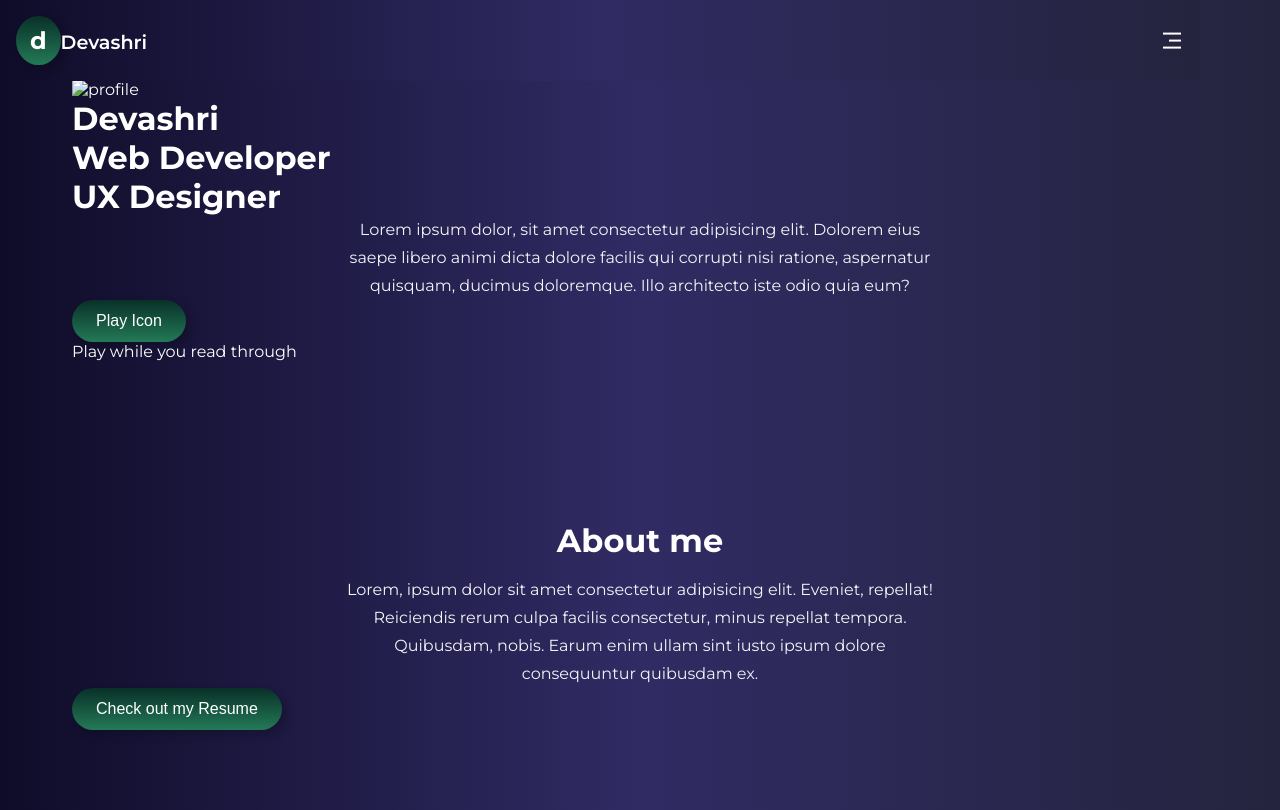
Repository: devashrisamani/devashrisamani.github.io
Page: index.html
The author's editor kept a copy of each file at every save. The page is drawn from the files as they stood at one save, then again after the next save.
The browser window is 1280 px wide. The pictures show the whole page.

Above is the page before, as saved 2025-09-24 16:41:13.

### index.html
<!DOCTYPE html>
<html lang="en">
  <head>
    <meta charset="UTF-8" />
    <meta http-equiv="X-UA-Compatible" content="IE=edge" />
    <meta name="viewport" content="width=device-width, initial-scale=1.0" />
    <title>Dev's portfolio</title>
    <link rel="preconnect" href="https://fonts.googleapis.com" />
    <link rel="preconnect" href="https://fonts.gstatic.com" crossorigin />
    <link
      href="https://fonts.googleapis.com/css2?family=Inter:ital,opsz,wght@0,14..32,100..900;1,14..32,100..900&family=Lora:ital,wght@0,400..700;1,400..700&family=Montserrat:ital,wght@0,100..900;1,100..900&family=Sacramento&display=swap"
      rel="stylesheet"
    />
    <link
      href="https://cdn.jsdelivr.net/npm/remixicon@3.5.0/fonts/remixicon.css"
      rel="stylesheet"
    />
    <link rel="stylesheet" href="/css/styles.css" />
  </head>
  <body>
    <nav>
      <div class="nav__bar">
        <a href="#"><span class="logo nav_logo">d</span>Devashri</a>
        <div class="nav__menu__btn" id="menu-btn">
          <!-- Icons from remix icon -->
          <i class="ri-menu-3-line"></i>
        </div>
      </div>
      <ul class="nav__links" id="nav-links">
        <li><a href="#home">Home</a></li>
        <li><a href="#about">About</a></li>
        <li><a href="#service">Service</a></li>
        <li><a href="#portfolio">Portfolio</a></li>
        <li><a href="#contact" class="btn">Contact</a></li>
        <a href="#contact" class="btn btn__large">Contact</a>
      </ul>
    </nav>
    <header class="section__container header__container" id="home">
      <div class="header__image">
        <img src="#" alt="profile" />
      </div>
      <div class="header__content">
        <div>
          <h1>
            Devashri <br />
            Web Developer <br />
            UX Designer
          </h1>
        </div>
        <p class="section__description">
          Lorem ipsum dolor, sit amet consectetur adipisicing elit. Dolorem eius
          saepe libero animi dicta dolore facilis qui corrupti nisi ratione,
          aspernatur quisquam, ducimus doloremque. Illo architecto iste odio
          quia eum?
        </p>
        <div class="header__btn">
          <button class="btn">Play Icon</button>
        </div>
        <p>Play while you read through</p>
      </div>
    </header>

    <section class="section__container about__container" id="about">
      <div class="about__image"></div>
      <div class="about__content">
        <h2 class="section__header">About me</h2>
        <p class="section__description">
          Lorem, ipsum dolor sit amet consectetur adipisicing elit. Eveniet,
          repellat! Reiciendis rerum culpa facilis consectetur, minus repellat
          tempora. Quibusdam, nobis. Earum enim ullam sint iusto ipsum dolore
          consequuntur quibusdam ex.
        </p>
        <div class="about__btn">
          <button class="btn">Check out my Resume</button>
        </div>
      </div>
    </section>
  </body>
</html>

### css/styles.css
/* Font Variables */
:root {
  --font-sacramento: "Sacramento", cursive;
  --font-lora: "Lora", serif;
  --font-inter: "Inter", serif;
  --font-montserrat: "Montserrat", sans-serif;
}

/* Color Variables */

:root {
  --primary-color: #093028;
  --secondary-color: #237a57;
  --extra-light: #f3f4f6;
  --white: #ffffff;
  --gradient-1: linear-gradient(to right, #0f0c29, #302b63, #24243e);
  --gradient-2: linear-gradient(
    to bottom,
    var(--primary-color),
    var(--secondary-color)
  );
  --max-width: 1200px;
}

* {
  padding: 0;
  margin: 0;
  box-sizing: border-box;
}

html,
body {
  scroll-behavior: smooth;
}

body {
  font-family: "Montserrat", sans-serif;
  color: var(--white);
  background-image: var(--gradient-1);
}

.section__container {
  max-width: var(--max-width);
  margin: auto;
  padding: 5rem 2rem;
}

.section__header {
  margin-bottom: 1rem;
  font-size: 2rem;
  font-weight: 700;
  text-align: center;
}

.btn {
  padding: 0.75rem 1.5rem;
  font-size: 1rem;
  font-weight: 500;
  color: var(--white);
  background-image: var(--gradient-2);
  outline: none;
  border: none;
  border-radius: 5rem;
  cursor: pointer;
  box-shadow: 5px 5px 10px rgba(0, 0, 0, 0.2);
}

/* Navbar - Change the logo later */
.logo {
  display: inline-block;
  padding: 10px 14px;
  font-size: 1.5rem;
  font-weight: 700;
  color: var(--white);
  background-image: var(--gradient-2);
  border-radius: 100%;
  box-shadow: 5px 5px 10px rgba(0, 0, 0, 0.2);
}

nav {
  position: fixed;
  isolation: isolate;
  top: 0;
  width: 100%;
  max-width: var(--max-width);
  margin: auto;
  z-index: 9;
}

.nav__bar {
  padding: 1rem;
  display: flex;
  align-items: center;
  justify-content: space-between;
  gap: 2rem;
  background-image: var(--gradient-1);
}

.nav__logo {
  padding: 9px 12px;
  font-size: 1.2rem;
}

.nav__bar a {
  font-size: 1.2rem;
  font-weight: 600;
  color: var(--white);
}

.nav__menu__btn {
  font-size: 1.5rem;
  color: var(--white);
  cursor: pointer;
}

.nav__links {
  list-style: none;
  position: absolute;
  width: 100%;
  padding: 2rem;
  display: flex;
  flex-direction: column;
  align-items: center;
  gap: 2rem;
  background-image: var(--gradient-2);
  transform: translateY(-100%);
  transition: 0.5s;
  z-index: -1;
}

.nav__links.open {
  transform: translateY(0);
}

.nav__links a {
  color: var(--white);
  transition: 0.3s;
}

.nav__links a:hover {
  color: var(--white);
}

.btn__large {
  display: none;
}

/* About */

img {
  width: 100%;
  display: flex;
}

.section__description {
  max-width: 600px;
  margin-inline: auto;
  color: var(--extra-light);
  text-align: center;
  line-height: 1.75rem;
}

a {
  text-decoration: none;
}

After the next save:
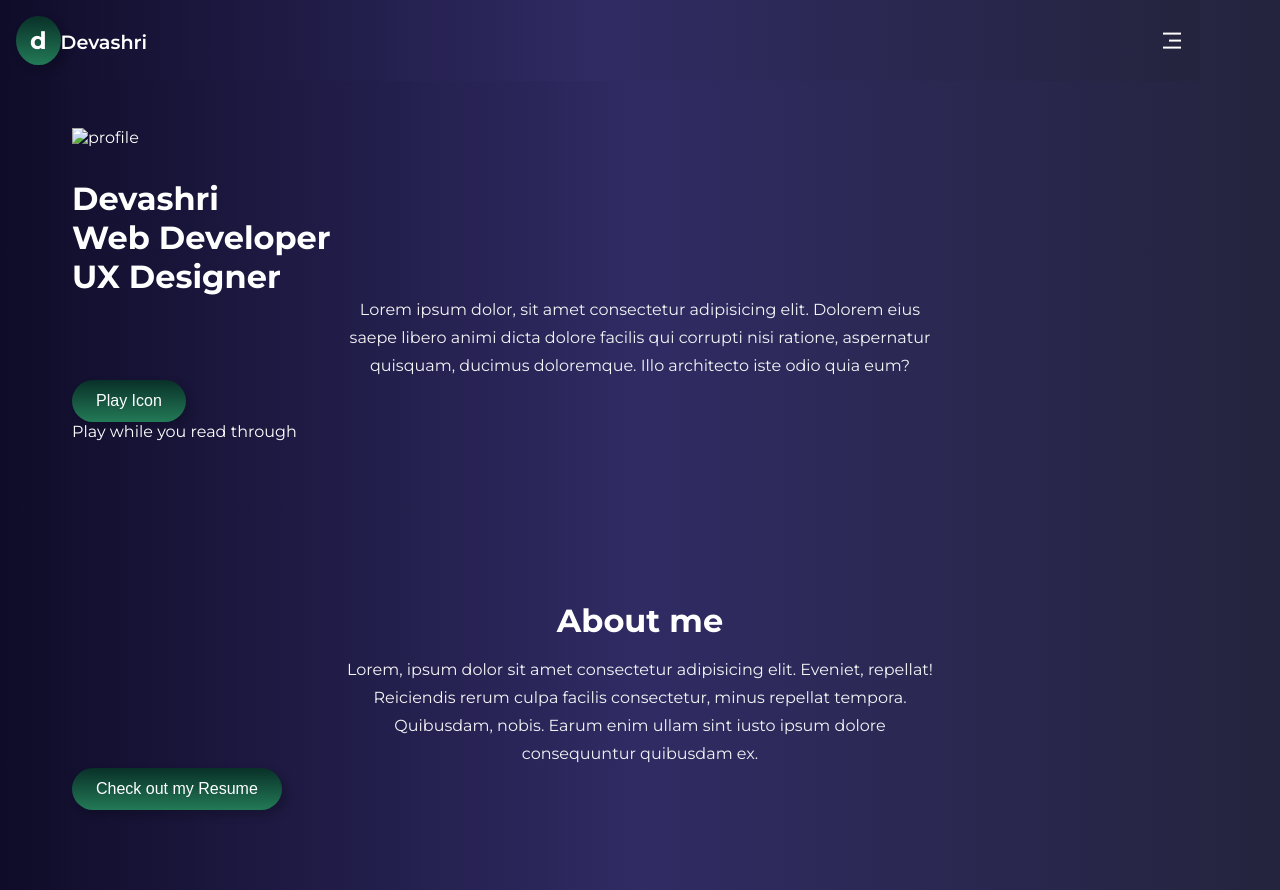
Saved 2 h 0 min later.
--- a/css/styles.css
+++ b/css/styles.css
@@ -163,3 +163,12 @@ img {
 a {
   text-decoration: none;
 }
+
+/* Header Container */
+
+.header__container {
+  padding-top: 8rem;
+  display: grid;
+  gap: 2rem;
+  isolation: isolate;
+}
